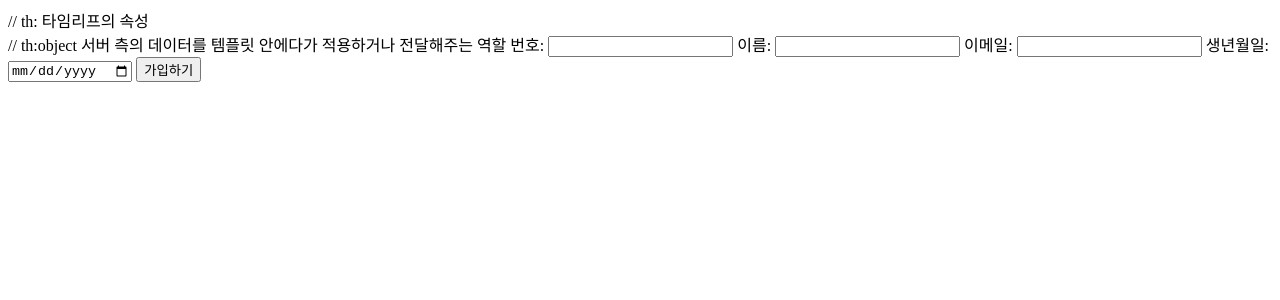
Repository: ExiNni/SpringBoot
Page: http://localhost/register
The author's editor kept a copy of each file at every save. The page is drawn from the files as they stood at one save, then again after the next save.
The browser window is 1280 px wide. The pictures show the whole page.
The page is this project's Thymeleaf template; nobody is signed in. The template is opened directly, without the code that normally fills it, so the values that code supplies are empty.

Above is the page before, as saved 2023-11-24 00:39:52.

After the next save:
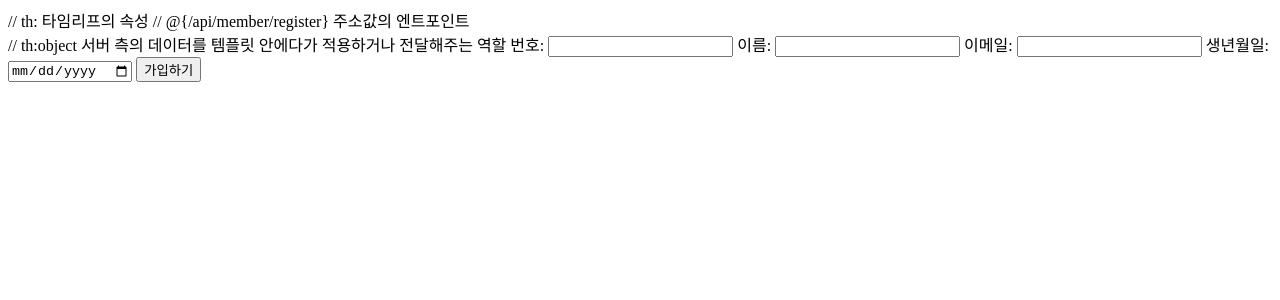
Saved 16 s later.
--- a/spring-DB-Oracle/src/main/resources/templates/register.html
+++ b/spring-DB-Oracle/src/main/resources/templates/register.html
@@ -5,7 +5,7 @@
 <title>회원 가입</title>
 </head>
 <body>
-	// th: 타임리프의 속성
+	// th: 타임리프의 속성 // @{/api/member/register} 주소값의 엔트포인트
 	<form th:action="@{/api/member/register}" method="post" th:object="${user}"> // th:object 서버 측의 데이터를 템플릿 안에다가 적용하거나 전달해주는 역할
 		<label for="mno">번호: </label>
 		<input type="number" id="mno" name="mno" th:field="*{mno}" required>
